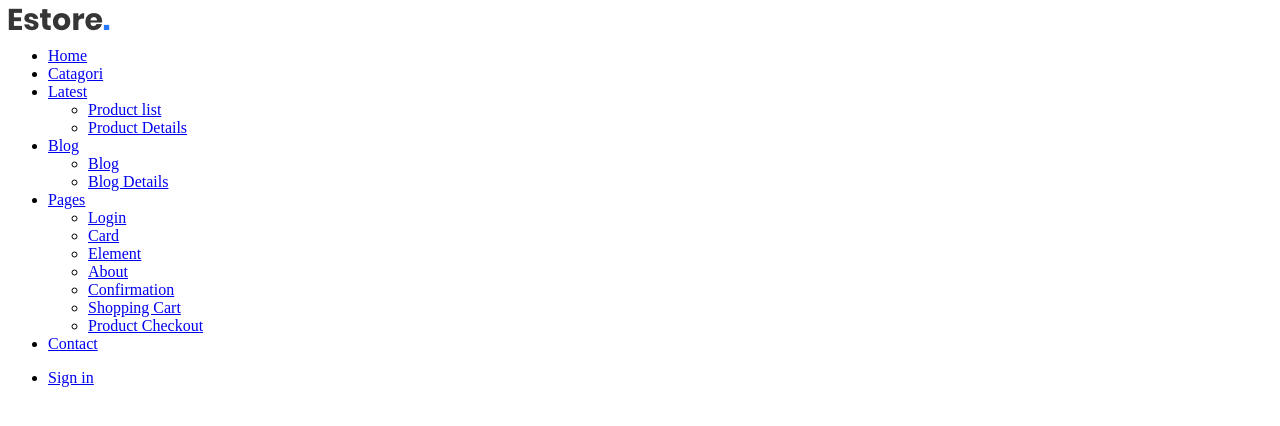
Repository: tuanloc782004/Estore-Bookshop-Website
Page: http://localhost/auth/layout/header
These files come from the project's save history. The page is drawn as it stood at one moment and after the next save; the edit follows.
The browser window is 1280 px wide. The pictures show the whole page.
The page is this project's Thymeleaf template; nobody is signed in. The template is opened directly, without the code that normally fills it, so the values that code supplies are empty.

Above is the page before, as saved 2024-10-26 03:30:41.

After the next save:
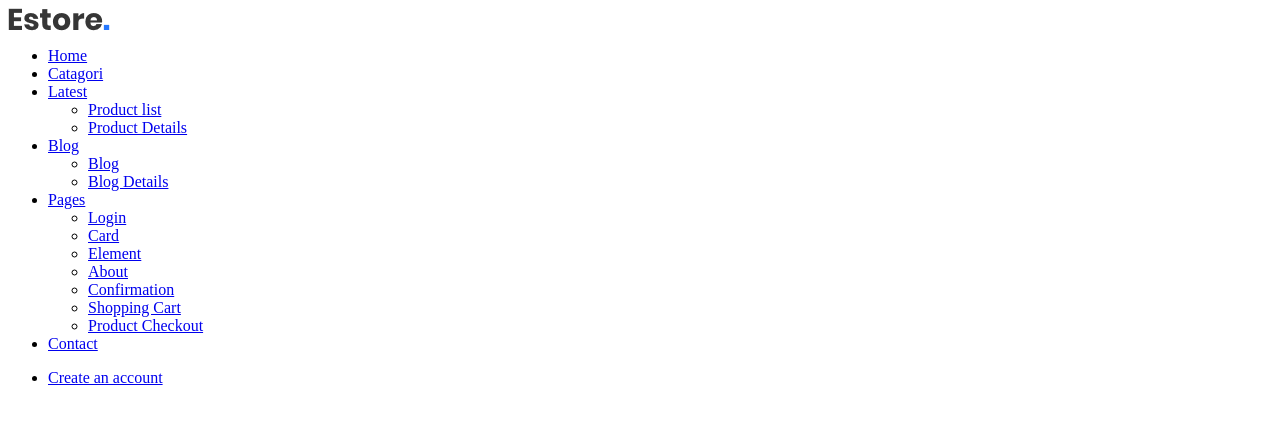
Saved 2 min 9 s later.
--- a/myscp/src/main/resources/templates/auth/layout/header.html
+++ b/myscp/src/main/resources/templates/auth/layout/header.html
@@ -48,7 +48,7 @@
 							<ul
 								class="header-right f-right d-none d-lg-block d-flex justify-content-between">
 								<li class="d-none d-lg-block"><a href="#"
-									class="btn header-btn">Sign in</a></li>
+									class="btn header-btn">Create an account</a></li>
 							</ul>
 						</div>
 						<!-- Mobile Menu -->
